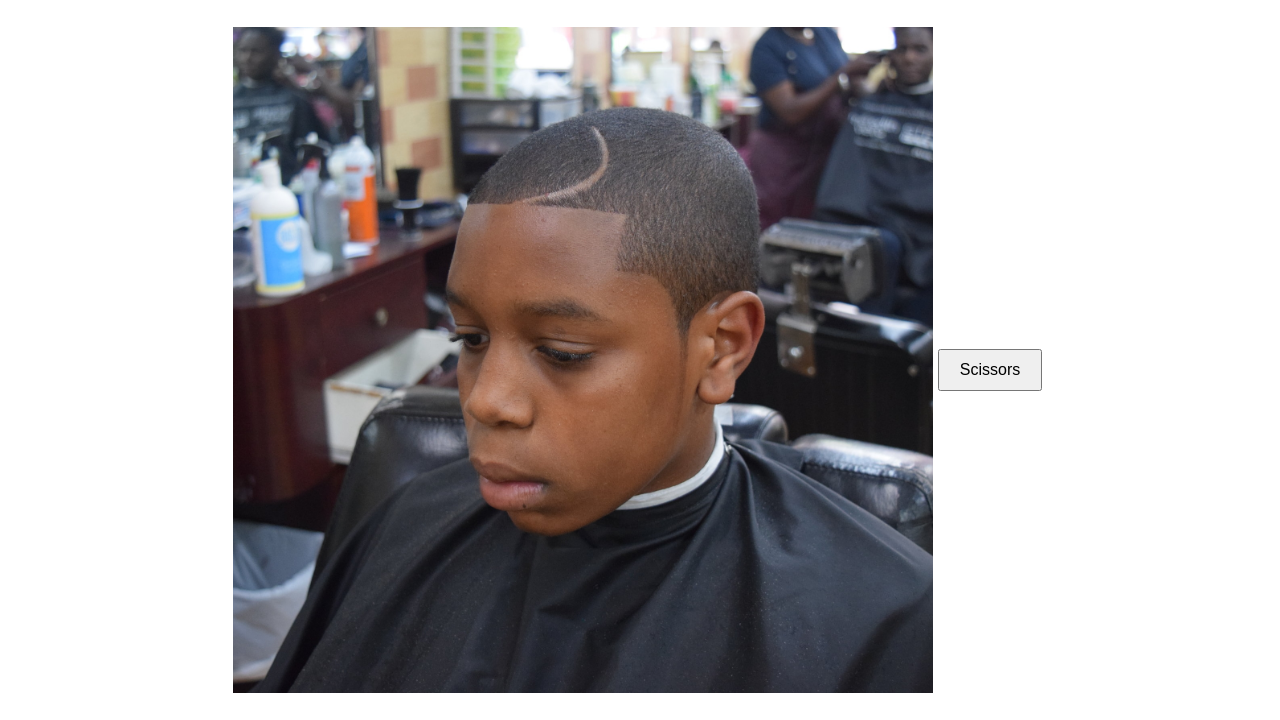
Repository: anderscederberg11/unhandledRuntimeError.json
Page: Henver/henver2.html
An editor plug-in stored every save of this project. The page is shown before and after the next save, followed by the edit.
The browser window is 1280 px wide. The pictures show the whole page.

Above is the page before, as saved 2024-05-24 18:10:06.

After the next save:
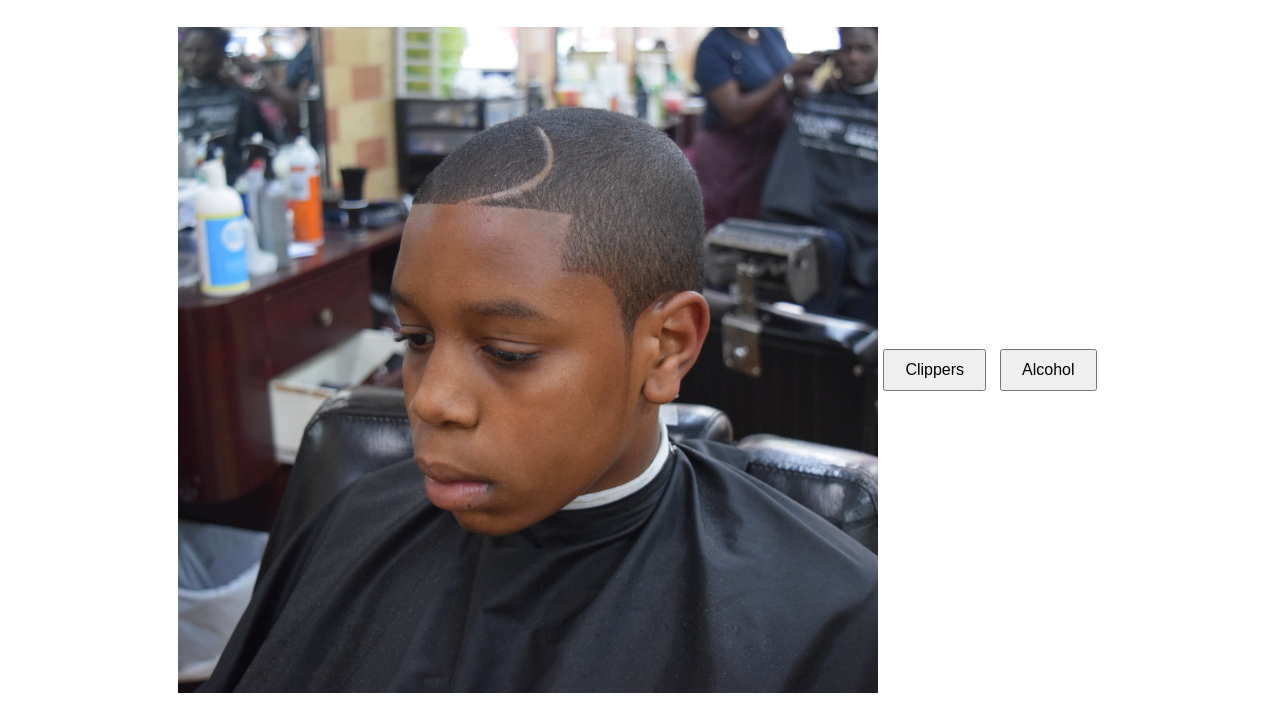
Console error: TypeError: Cannot read properties of null (reading 'addEventListener')
Saved 79 s later.
--- a/Henver/henver2.html
+++ b/Henver/henver2.html
@@ -11,8 +11,29 @@
         <img class="haircutPic" src="/Henver/imgs/haircutbro.jpeg" alt="kid in barber chair">
     </div>
     <div class="toolbar">
-        <button id="scissorsBtn">Scissors</button>
-    </div>
+        <button id="clippersBtn">Clippers</button>
+        <button id="alcoholBtn">Alcohol</button>
+
+        <script>
+            const scissorsBtn = document.getElementById('scissorsBtn');
+            const clippersBtn = document.getElementById('clippersBtn');
+            const alcoholBtn = document.getElementById('alcoholBtn');
+
+            scissorsBtn.addEventListener('click', () => {
+                console.log("Scissors button clicked");
+                document.body.style.cursor = 'url("/Henver/imgs/Scissors.png"), auto';
+            });
+
+            clippersBtn.addEventListener('click', () => {
+                console.log("Clippers button clicked");
+                document.body.style.cursor = 'url("/Henver/imgs/clippers.png"), auto';
+            });
+
+            alcoholBtn.addEventListener('click', () => {
+                console.log("Alcohol button clicked");
+                document.body.style.cursor = 'url("/Henver/imgs/alcoholspray.png"), auto';
+            });
+        </script>
 
 </body>
 </html>

After the save that followed:
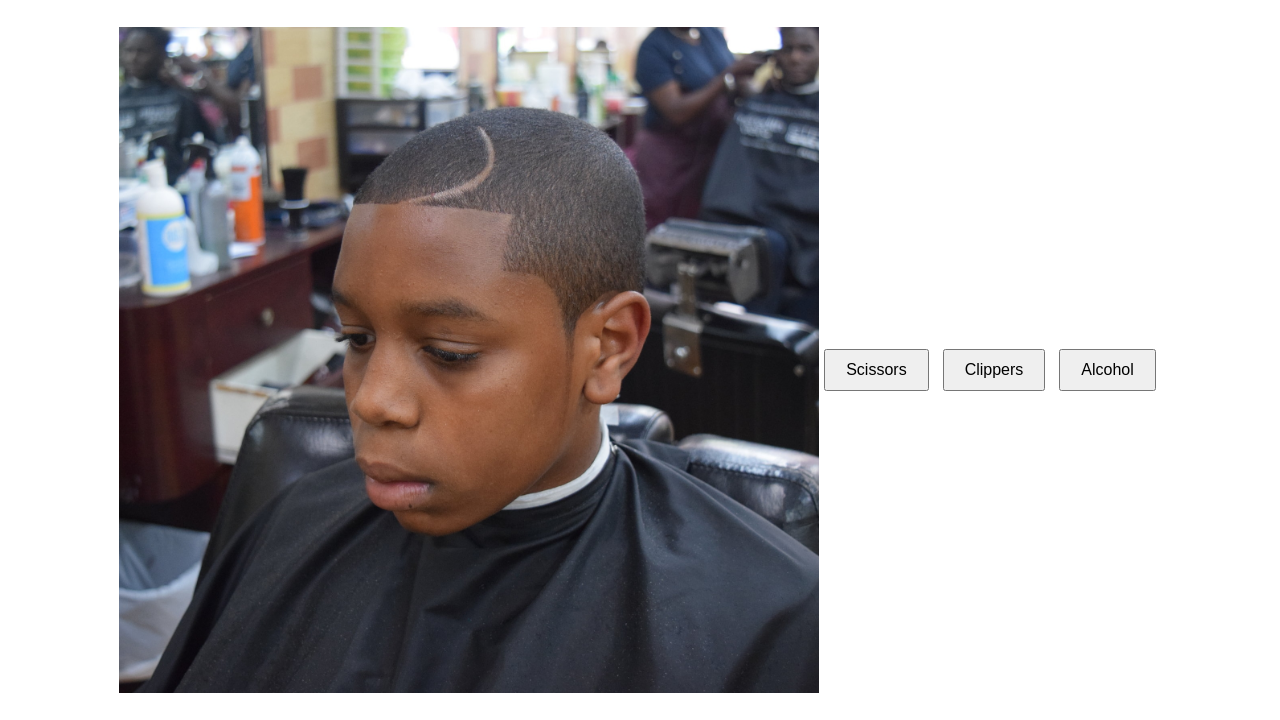
The error is gone.
Saved 42 s later.
--- a/Henver/henver2.html
+++ b/Henver/henver2.html
@@ -11,8 +11,10 @@
         <img class="haircutPic" src="/Henver/imgs/haircutbro.jpeg" alt="kid in barber chair">
     </div>
     <div class="toolbar">
+        <button id="scissorsBtn">Scissors</button>
         <button id="clippersBtn">Clippers</button>
         <button id="alcoholBtn">Alcohol</button>
+    </div>
 
         <script>
             const scissorsBtn = document.getElementById('scissorsBtn');
